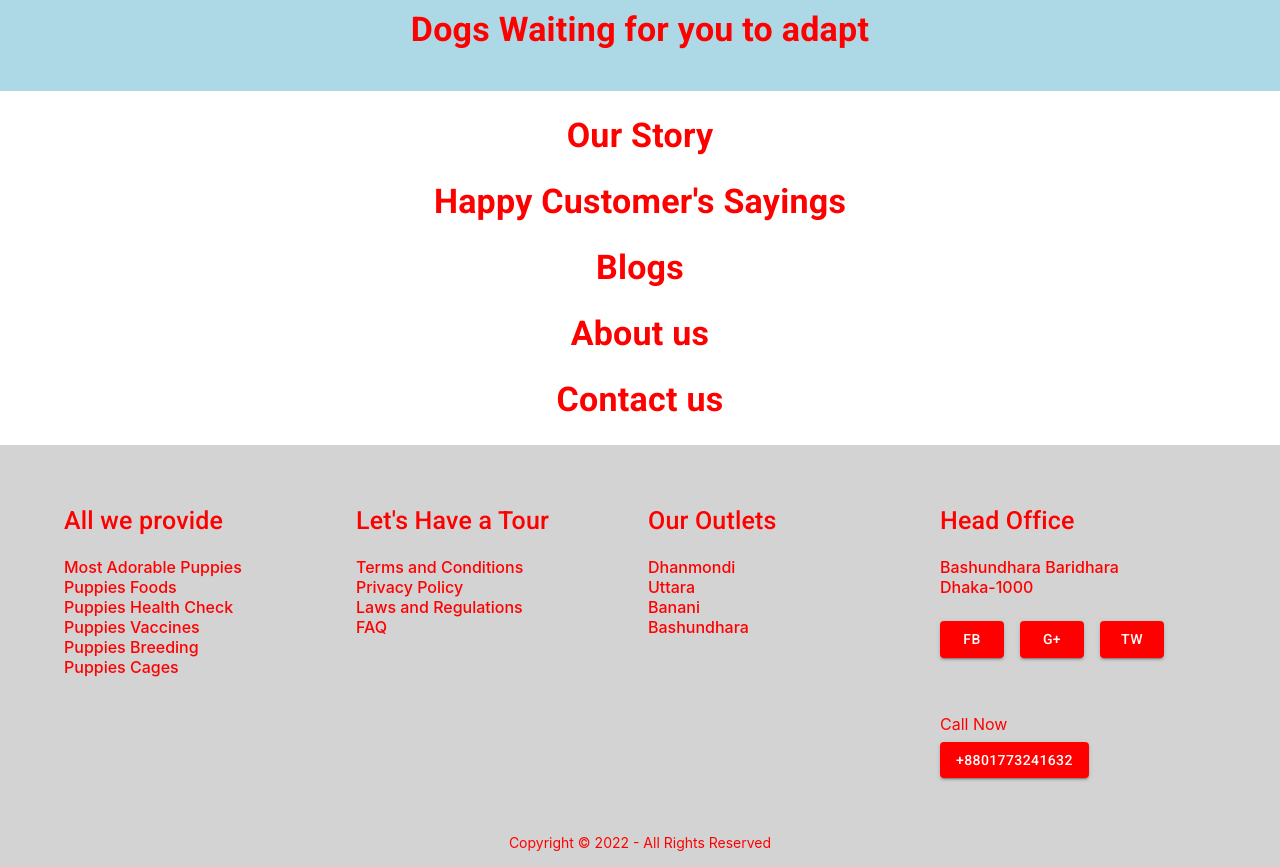
Repository: Sharif-00112/dogos-paradise-client
Page: /
These files come from the project's save history. The page is drawn as it stood at one moment and after a run of saves; the edit follows.
The browser window is 1280 px wide. The pictures show the part of the page from y = 1041 to 1932 px (the page is 1908 px tall before and 1932 px after).
The page's requests for data from a server got no answer. The project was rebuilt for these pictures with package versions that can differ from the ones it lists, and the page was loaded fresh each time. Some packages were replaced by stand-ins written for this rebuild. No one was signed in, and anything a server would have sent is missing. Also part of the build but not shown: src/Pages/Home/Dog/Dog.js, src/Pages/Login/Login/Login.js, src/Pages/Login/Register/Register.js, src/Pages/NotFound/NotFound.js.

Above is the page before, as saved 2022-12-02 15:52:18.

After the next 2 saves:
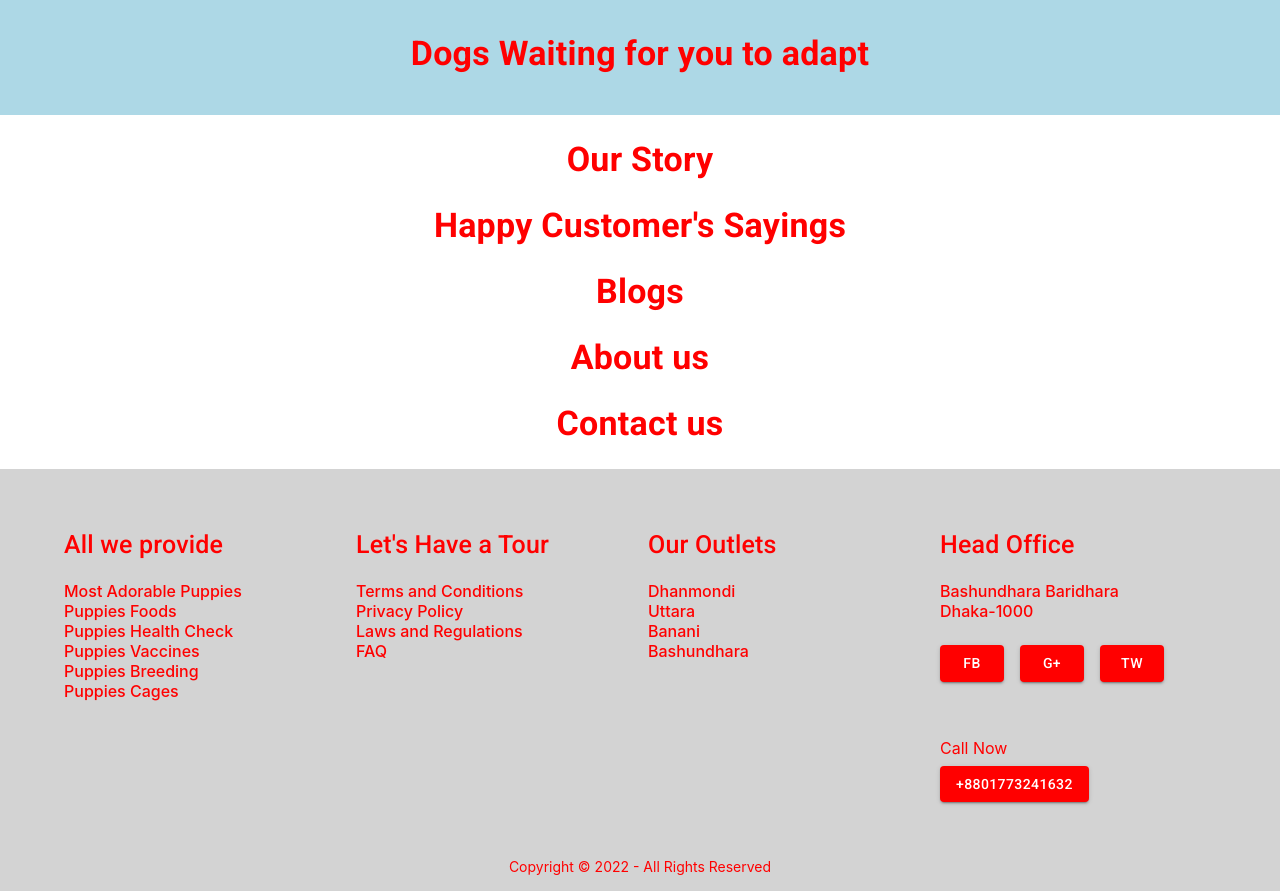
The 2 saves are shown as one change because they came seconds apart.
The last was saved 7 s later.
--- a/src/Pages/Home/Banner/Banner.js
+++ b/src/Pages/Home/Banner/Banner.js
@@ -8,7 +8,7 @@ const Banner = () => {
                 Head Banner
             </Typography> */}
             <img style={{ width: '100%'}} src="https://i.ibb.co/Mnn0NX3/dog-cover-1.jpg" alt="dog-human playing" />
-            <Typography sx={{ mt: -30, mb:10, color: 'red', fontWeight: 700 }} variant="h4" component="div">
+            <Typography sx={{ mt: -30, mb:13, color: 'red', fontWeight: 700 }} variant="h4" component="div">
                 Dogs are not only pets;
                 <br /> <br />
                 They are "L O V E"
